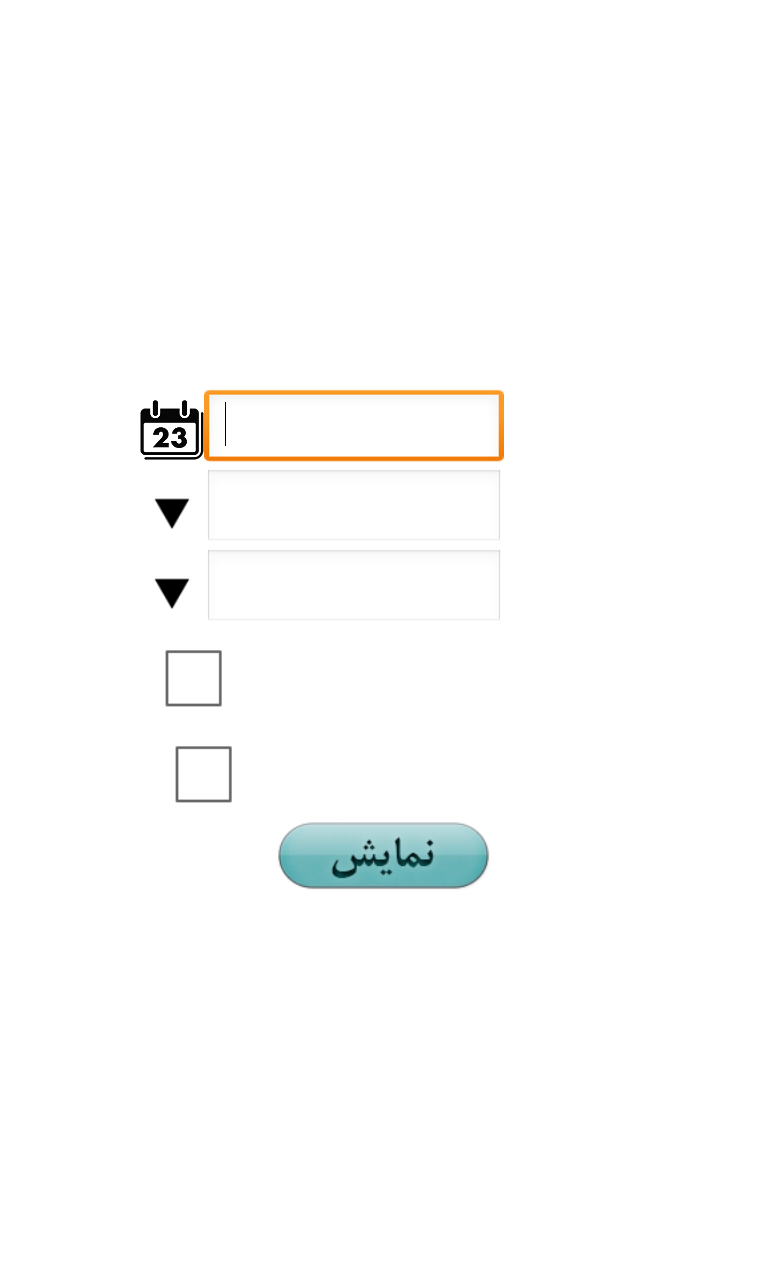
Repository: AtiehPardaz/Reports-Mobile
Layout: Reportsmobile/res/layout/frg_kala_mojodi.xml
An editor plug-in stored every save of this project. The layout is shown before and after the next save, followed by the edit.
It is drawn on a 768 x 1280 px phone screen (xhdpi) without system bars, with theme Theme.behzad; the app's code is not run.

Above is the layout before, as saved 2015-03-11 14:56:31.

After the next save:
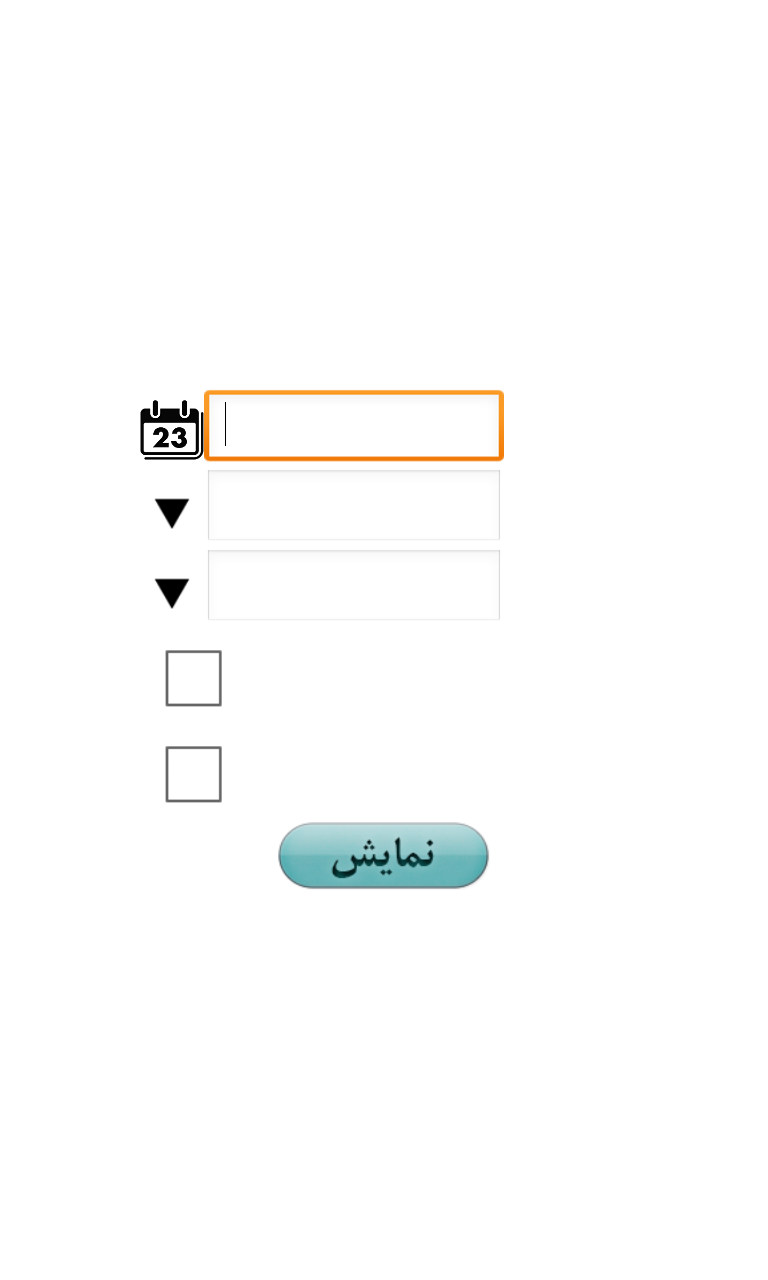
Saved 8 min 46 s later.
--- a/Reportsmobile/res/layout/frg_kala_mojodi.xml
+++ b/Reportsmobile/res/layout/frg_kala_mojodi.xml
@@ -109,23 +109,17 @@
         </LinearLayout>
 
      <LinearLayout
-            android:layout_width="wrap_content"
-            android:layout_height="wrap_content"
-            android:layout_gravity="center"
-            android:gravity="right" >
+         android:layout_width="wrap_content"
+         android:layout_height="wrap_content"
+         android:layout_gravity="center"
+         android:gravity="left"
+         android:orientation="vertical" >
 
             <CheckBox
                 android:id="@+id/checkBox2"
                 android:layout_width="wrap_content"
                 android:layout_height="wrap_content"
                 android:text="عدم نمایش کالاهای موجودی صفر" />
-
-        </LinearLayout>
-<LinearLayout
-            android:layout_width="wrap_content"
-            android:layout_height="wrap_content"
-            android:layout_gravity="center"
-            android:gravity="right" >
 
             <CheckBox
                 android:id="@+id/acheckBox2"
